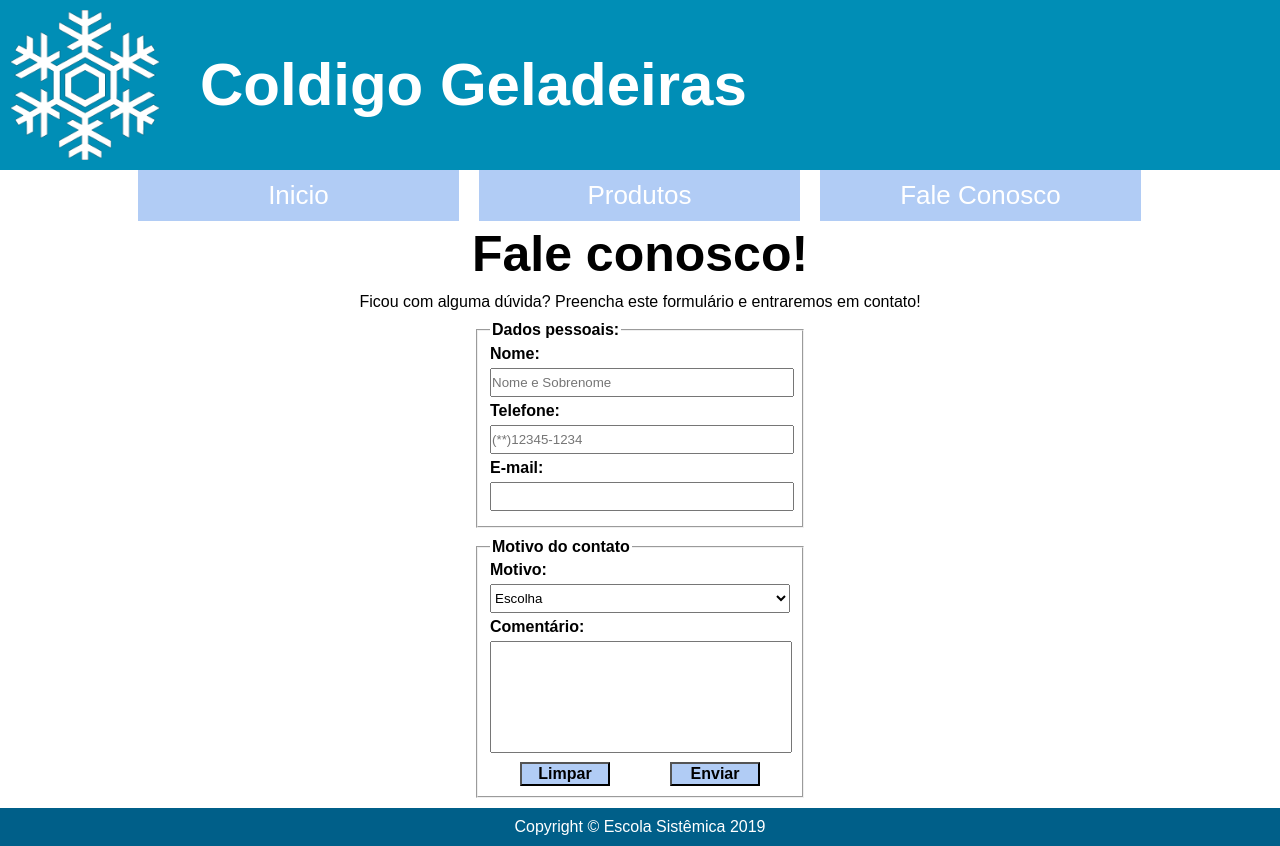
Repository: mateusalecrin/projeto-trilha-web
Page: ProjetoTrilhaWeb/WebContent/pages/site/faleconosco.html
An editor plug-in stored every save of this project. The page is shown before and after the next save, followed by the edit.
The browser window is 1280 px wide. The pictures show the whole page.

Above is the page before, as saved 2023-03-08 12:36:39.

### ProjetoTrilhaWeb/WebContent/pages/site/faleconosco.html
<!DOCTYPE html>
<html lang="pt-br">
	<head>
		<meta charset="UTF-8">
		<meta name="description" content="Site da Coldigo Geladeiras">
		<meta name="keywords" content="Geladeiras, Frost-free, Refrigeração">
		<meta name="author" content="Escola Sistêmica">
		<meta name="viewport" content="width=device-width, initial-scale=1.0">
		<title>Coldigo Geladeiras</title>
		<link rel="stylesheet" type="text/css" href="../../css/site.css">
		<script src=../../js/site.js></script>
	</head>

	<body>

		<header>
			<img src="../../imgs/logo.png" alt="Logo da Coldigo Geladeiras">
			<h1>Coldigo Geladeiras</h1>
		</header>

		<nav>
			<a  href="../../index.html"><div class="opcao">Inicio</div></a> <a
				href="produtos.html"><div class="opcao">Produtos</div></a> <a
				href="faleconosco.html"><div class="opcao">Fale Conosco</div></a>
		</nav>

		<section>
			<h2>Fale conosco!</h2>
			<p>Ficou com alguma dúvida? Preencha este formulário e entraremos
				em contato!</p>
			<form name="frmfaleconosco" method="post" action="#" onsubmit="return validaFaleConosco()">
				<fieldset class="faleConosco">
					<legend>Dados pessoais:</legend>
					<label for="nome">Nome: </label>
					<input type="text" name="txtnome" id="nome" placeholder="Nome e Sobrenome">
					<label for="fone">Telefone: </label>
					<input type="text" name="txtfone" id="fone" placeholder="(**)12345-1234">
					<label for="email">E-mail: </label>
					<input type="email" name="txtemail" id="email">
				</fieldset>
				<fieldset class="faleConosco">
					<legend>Motivo do contato</legend>
					<label for="motivo">Motivo: </label>
					<select name="selmotivo" id="motivo" onchange="verificaMotivo(this.value)">
						<option value="ES">Escolha</option>
						<option value="RE">Reclamação</option>
						<option value="SU">Sugestão</option>
						<option value="PR">Informação sobre produto</option>
					</select>
					<div id="opcaoProduto"></div>
					<label for="comentario">Comentário: </label>
					<textarea name="txtcomentario" id="comentario"></textarea>
					<button type="reset" onclick="verificaMotivo(null)">Limpar</button><button type="submit">Enviar</button>
				</fieldset>
			</form>
		</section>

		<footer>Copyright &copy; Escola Sistêmica 2019</footer>
	</body>
</html>

### ProjetoTrilhaWeb/WebContent/css/site.css
@charset "UTF-8";

/* Configuração geral do corpo da página */

body {
	margin: 0 auto;
	font-family: "Century Gothic", sans-serif;
}

/*************************************************
		Configurações gerais
**************************************************/
/* Cabeçalho */
header {
	height: 170px;
	background-color: #008eb6;
}

header img {
	float: left;
	height: 150px;
	width: 150px;
	margin: 10px;
}

header h1 {
	float: left;
	margin: 50px 0 0 30px;
	font-size: 60px;
	color: #ffffff;
}

/* Menu */
nav {
	clear: both;
	width: 80%;
	margin: 0px auto;
	height: 55px;
}

nav a {
	color: white;
	text-decoration: none;
	text-align: center;
}

nav .opcao {
	float: left;
	width: 31.3%;
	background-color: #b1ccf5;
	padding: 10px 0;
	margin: 0 1%;
	font-size: 26px;
}

nav .opcao:hover {
	background-color: #83afd3;
}

/* Área geral para conteúdos específicos de cada página */
section {
	clear: both;
	min-height: 360px;
	width: 100%;
	margin-top: 0px;
}

/* Rodapé */
footer {
	background-color: #005f89;
	color: #fff;
	text-align: center;
	padding: 10px;
}

/* Configuração da página inicial */
section #topo {
	width: 900px;
	margin: 0px auto;
	height: 250px;
}

.geladeira {
	height: 250px;
	width: 125px;
}

.direita {
	float: right;
}

.esquerda {
	float: left;
}

section #titulos {
	float: left;
	height: 250px;
	width: 650px;
	margin: 0px auto;
}

h2 {
	text-align: center;
	margin-top: 0px;
	margin-bottom: 10px;
	font-size: 50px;
}

h3 {
	text-align: center;
	margin-top: 50px;
	font-size: 20px;
}

section p {
	clear: both;
	text-align: center;
	margin: 10px 80px;
}

/* Configuração da página de Produtos */
.tabelaProdutos {
	margin: 10px auto;
	text-align: center;
}

.tituloTabela {
	text-align: center;
	font-size: 30px;
	font-weight: bold;
	color: #fff;
	padding: 5px;
	border: transparent;
}

tr, td, th {
	border: 1px solid #B0C4DE;
	padding: 5px;
}

tr, td {
	font-size: 14px;
}

tr:nth-child(even) {
	background-color: #b1ccf5;
}

tr:nth-child(odd) {
	background-color: #83afd3;
}

/* Configuração da página Fale Conosco */
.faleConosco {
	width: 300px;
	margin: 0px auto;
	font-weight: bold;
	margin-bottom: 10px;
}

.faleConosco input, .faleConosco textarea, .faleConosco select {
	margin: 5px auto;
	width: 100%;
	padding: 5px 0;
}

.faleConosco textarea {
	height: 100px;
	resize: none;
}

.faleConosco button {
	width: 30%;
	margin: 0 10%;
	background-color: #b1ccf5;
	font-weight: bold;
	font-size: 16px;
}

### ProjetoTrilhaWeb/WebContent/js/site.js
function validaFaleConosco() {
	var nome = document.frmfaleconosco.txtnome.value;
	var expRegNome = new RegExp("^[A-zÀ-ü]{3,}([ ]{1}[A-zÀ-ü]{2,})+$");

	if (!expRegNome.test(nome)) {
		alert("Preencha o campo Nome corretamente!")
		document.frmfaleconosco.txtnome.focus();
		return false;
	}

	var fone = document.frmfaleconosco.txtfone.value;
	var expRegFone = new RegExp("^[(]{1}[1-9]{2}[)]{1}[0-9]{4,5}[-]{1}[0-9]{4}$");

	if (!expRegFone.test(fone)) {
		alert("Preencha o campo Telefone corretamente.");
		document.frmfaleconosco.txtfone.focus();
		return false;
	}

	if (document.frmfaleconosco.txtemail.value=="") {
		alert("Preencha o campo E-mail.");
		document.frmfaleconosco.txtemail.focus();
		return false;
	}

	if (document.frmfaleconosco.selmotivo.value=="ES") {
		alert("Selecione o motivo.");
		document.frmfaleconosco.selmotivo.focus();
		return false;
	}

	if ((document.frmfaleconosco.selmotivo.value=="PR") && (document.frmfaleconosco.selproduto.value=="")) {
		alert ("Selecione o produto a se obter informações.");
		document.frmfaleconosco.selproduto.focus();
		return false;
	}

	if (document.frmfaleconosco.txtcomentario.value=="") {
		alert("Preencha o campo comentário.");
		document.frmfaleconosco.txtcomentario.focus();
		return false;
	}

	return true;
}

function verificaMotivo(motivo) {
	// Capturamos a estrutura da div cujo ID é a opcaoProduto na variável elemento
	var elemento = document.getElementById("opcaoProduto")

	// Se o valor da variável motivo for "PR"
	if (motivo=="PR"){
		// Criamos um elemento (tag) <select> e guardamos na variável homônima
		var select = document.createElement("select");
		// Setamos nesse novo select o atributo 'name' com o valor 'selproduto'
		select.setAttribute("name", "selproduto");
		// Conteúdo atual da variável select:
		// <select name="selproduto"></select>

		// Criamos um elemento (tag) <option> e guardamos na variável homônima
		var option = document.createElement("option");
		// Setamos nesse novo option o atributo 'value' com o valor vazio
		option.setAttribute("value", "");
		// Criamos um nó de texto "Escolha" e gravamos na variável 'texto'
		var texto = document.createTextNode("Escolha");
		// Colocamos o nó de texto criado como "filho" da tag option criada
		option.appendChild(texto);
		// Conteúdo atual da variável option:
		// <option value="">Escolha</option>

		// Colocamos o option criado como "Filho" da tag select criada
		select.appendChild(option);
		// Conteúdo atual da variável select:
		// <select name="selproduto"><option value="">Escolha</option></select>

		// Criamos um elemento (tag) <option> e guardamos na variável homônima
		var option = document.createElement("option");
		// Setamos nesse novo option o atributo 'value' com o valor "FR"
		option.setAttribute("value", "FR");
		// Criamos um nó de texto "Freezer" e gravamos na variável 'texto'
		var texto = document.createTextNode("Freezer");
		// Colocamos o nó de texto criado como "filho" da tag option criada
		option.appendChild(texto);
		// Conteúdo atual da variável option:
		// <option value ="FR">Freezer</option>

		// Colocamos o option criado como "filho" da tag select criada
		select.appendChild(option);
		// Conteúdo atual da variável select:
		// <select name="selproduto">
		// <option value="">Escolha</option>
		// <option value="FR">Freezer</option>
		// </select>

		// Criamos um elemento (tag) <option> e guardamos na variável homônima
		var option = document.createElement("option");
		// Setamos nesse novo option o atributo 'value' com o valor "GE"
		option.setAttribute("value", "GE");
		// Criamos um nó de texto "Geladeira" e gravamos na variável 'texto'
		var texto = document.createTextNode("Geladeira");
		// Colocamos o nó de texto criado como "filho" da tag option criada
		option.appendChild(texto);
		// Conteúdo atual da variável option:
		// <option value="GE">Geladeira</option>

		// Colocamos o option criado como "filho" da tag select criada
		select.appendChild(option);
		// Conteúdo atual da variável select:
		// <select name="selproduto">
		// <option value="">Escolha</option>
		// <option value="FR">Freezer</option>
		// <option value="GR">Geladeira</option>
		// </select>

		// Colocamos o select criado como "filho" da tag div capturada no início da função
		elemento.appendChild(select);
		// Se o valor da variável motivo não for "PR"...
	} else {
		// Se a div possuir algum "primeiro filho"
		if (elemento.firstChild)
		//Removemos ele
		elemento.removeChild(elemento.firstChild);
	}
}

After the next save:
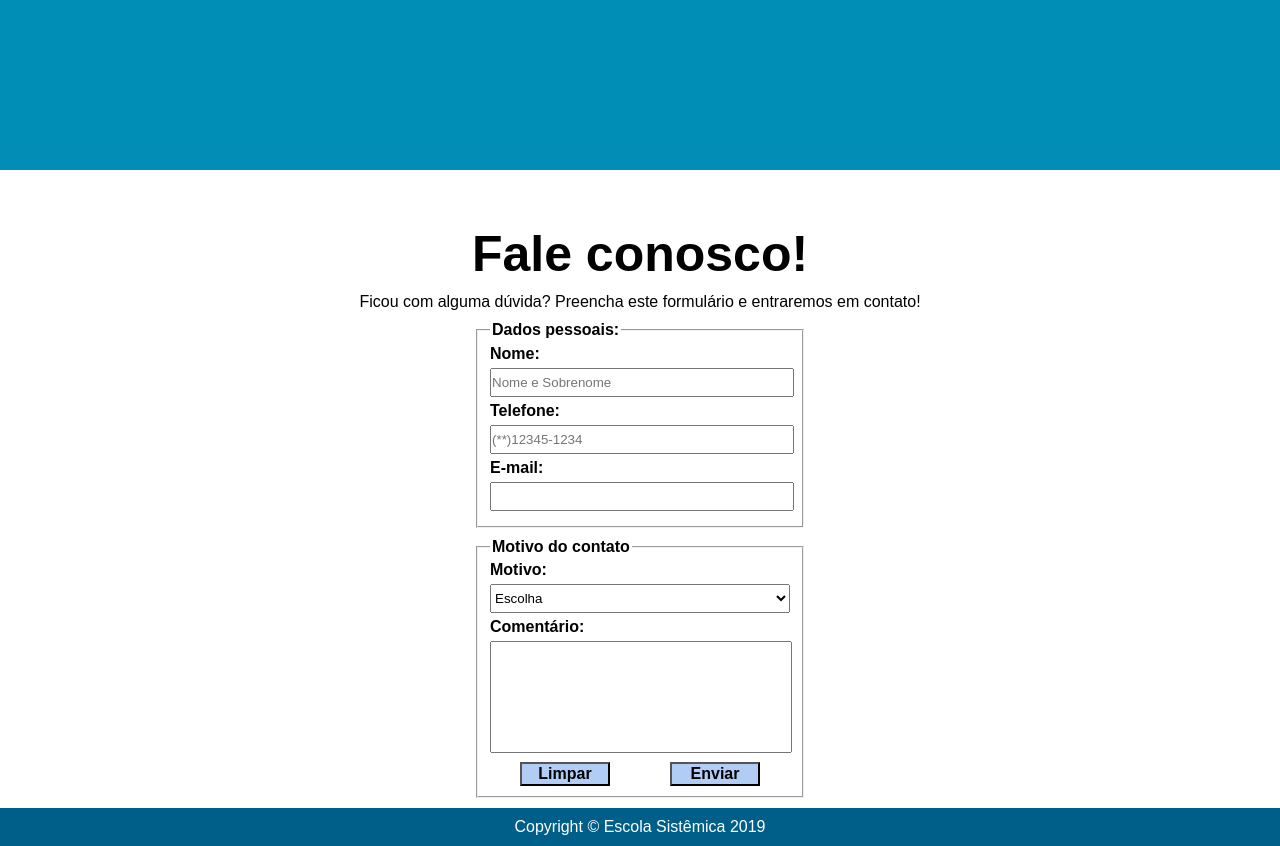
Saved 45 s later.
--- a/ProjetoTrilhaWeb/WebContent/pages/site/faleconosco.html
+++ b/ProjetoTrilhaWeb/WebContent/pages/site/faleconosco.html
@@ -12,16 +12,9 @@
 	</head>
 
 	<body>
-
 		<header>
-			<img src="../../imgs/logo.png" alt="Logo da Coldigo Geladeiras">
-			<h1>Coldigo Geladeiras</h1>
 		</header>
-
 		<nav>
-			<a  href="../../index.html"><div class="opcao">Inicio</div></a> <a
-				href="produtos.html"><div class="opcao">Produtos</div></a> <a
-				href="faleconosco.html"><div class="opcao">Fale Conosco</div></a>
 		</nav>
 
 		<section>
